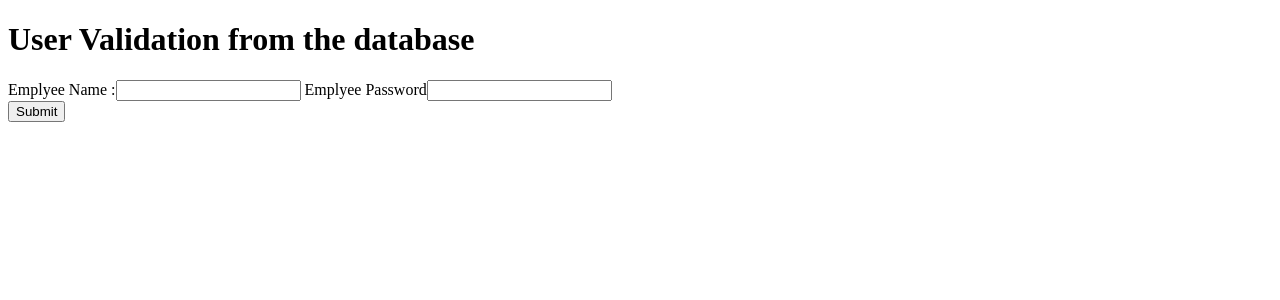
Repository: yash112021/Cdac_lab_Work
Page: 250845920104_Advance_java/Day3_20_11_25/CrudOperation/src/main/webapp/Index.Html
The author's editor kept a copy of each file at every save. The page is drawn from the files as they stood at one save, then again after the next save.
The browser window is 1280 px wide. The pictures show the whole page.

Above is the page before, as saved 2025-11-22 09:54:18.

After the next save:
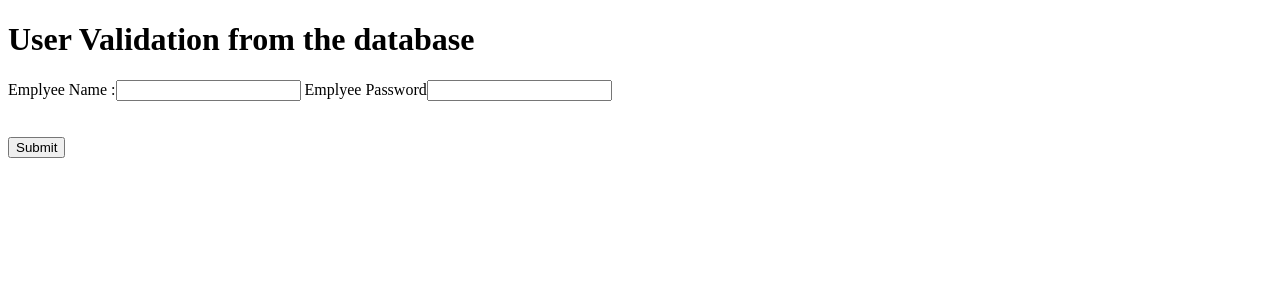
Saved 13 s later.
--- a/250845920104_Advance_java/Day3_20_11_25/CrudOperation/src/main/webapp/Index.Html
+++ b/250845920104_Advance_java/Day3_20_11_25/CrudOperation/src/main/webapp/Index.Html
@@ -9,7 +9,7 @@
 	<form>
 		Emplyee Name :<input type="text" name="empname"  id="empname">
 		Emplyee Password<input type="text" name="passwd" id="passwd">
-		</br>
+		</br></br></br>
 		<button value="btn">Submit</button>
 
 	</form>
